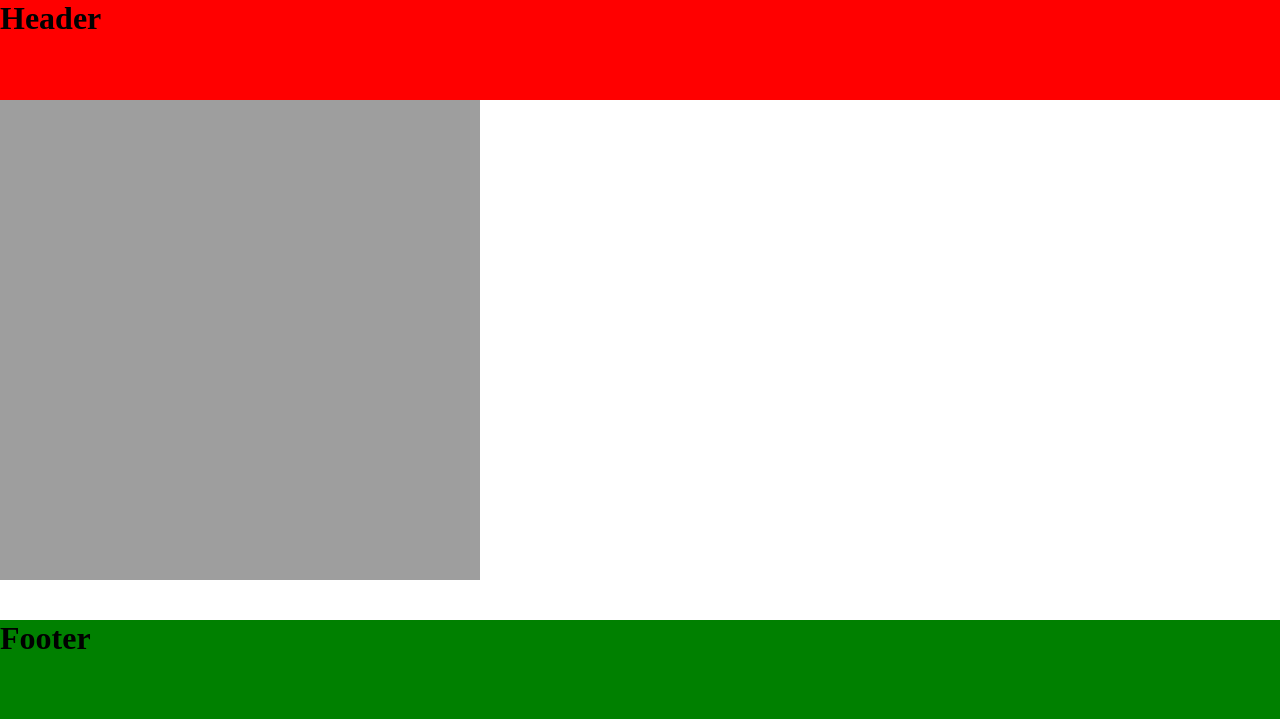
Repository: jameswilky/chess
Page: index.html
These files come from the project's save history. The page is drawn as it stood at one moment and after the next save; the edit follows.
The browser window is 1280 px wide. The pictures show the whole page.

Above is the page before, as saved 2018-11-21 20:34:23.

After the next save:
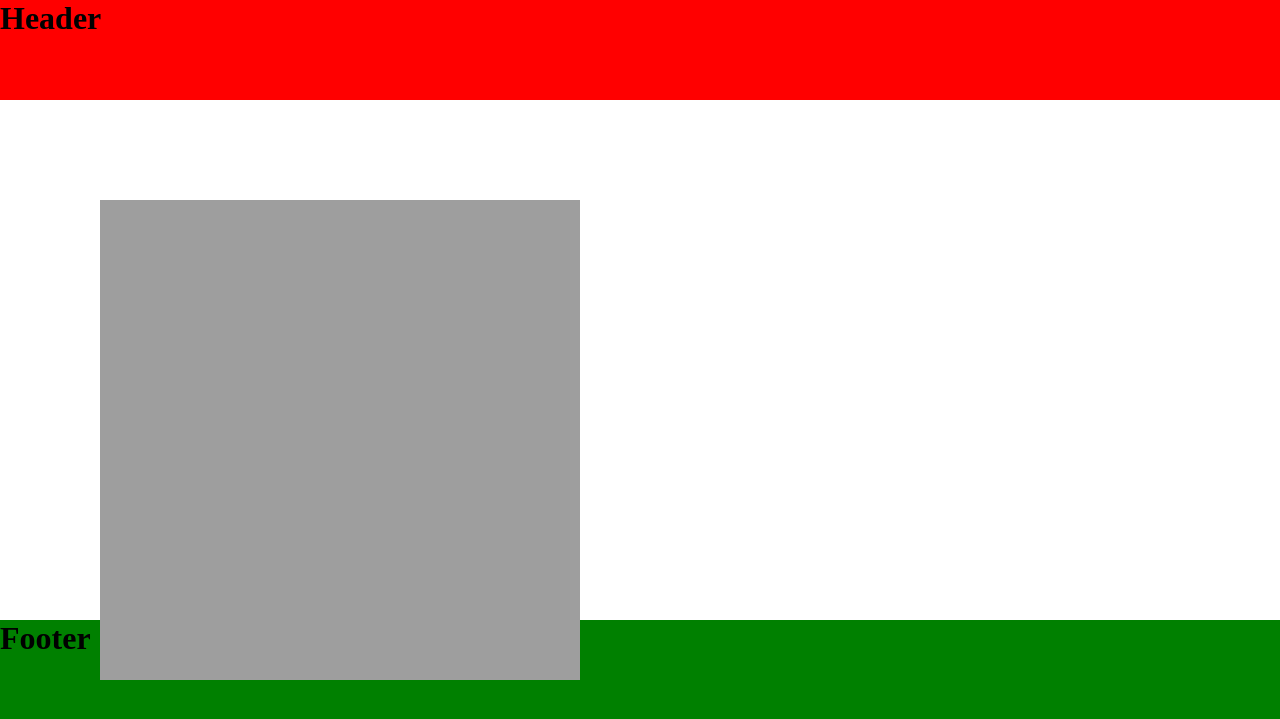
Saved 4 s later.
--- a/style.css
+++ b/style.css
@@ -11,7 +11,7 @@
   top:100px;
   bottom:100px;
   overflow: hidden;
-  margin: 100
+  margin: 100px;
 }
 
 #board {

After the save that followed:
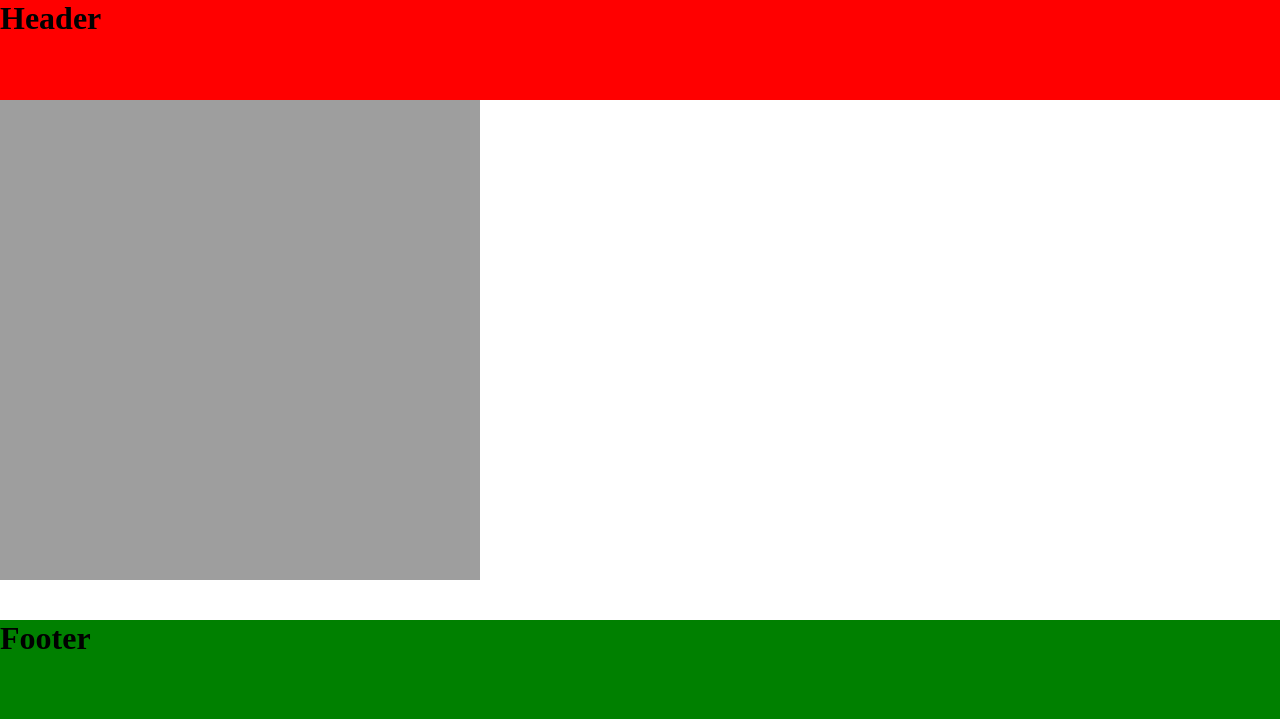
Saved 29 s later.
--- a/style.css
+++ b/style.css
@@ -11,7 +11,6 @@
   top:100px;
   bottom:100px;
   overflow: hidden;
-  margin: 100px;
 }
 
 #board {
